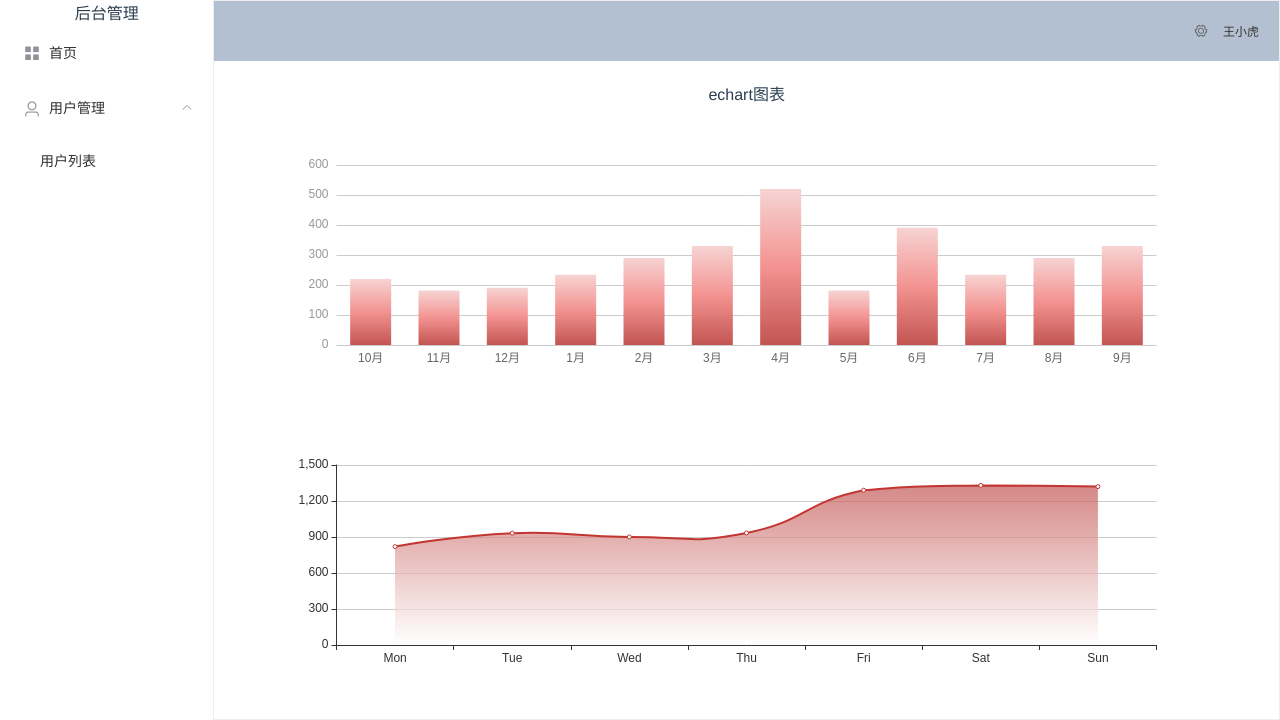
Repository: cmw520520/admin_vue
Page: /#/example/echart
The author's editor kept a copy of each file at every save. The page is drawn from the files as they stood at one save, then again after the next save.
The browser window is 1280 px wide. The pictures show the whole page.
The project was rebuilt for these pictures with package versions that can differ from the ones it lists, and the page was loaded fresh each time. Also part of the build but not shown: src/page/home/Home.vue, src/page/user/UserList.vue.

Above is the page before, as saved 2019-07-01 15:05:34.

### index.html
<!DOCTYPE html>
<html>
  <head>
    <meta charset="utf-8">
    <meta name="viewport" content="width=device-width,initial-scale=1.0">
    <title>cmw</title>
  </head>
  <body>
    <div id="app"></div>
    <!-- built files will be auto injected -->
  </body>
</html>

### src/App.vue
<template>
  <div id="app">
    <!-- <img src="./assets/logo.png"> -->
    <router-view/>
  </div>
</template>

<script>
export default {
  name: 'App'
}
</script>

<style>
#app {
  font-family: 'Avenir', Helvetica, Arial, sans-serif;
  -webkit-font-smoothing: antialiased;
  -moz-osx-font-smoothing: grayscale;
  text-align: center;
  color: #2c3e50;
  width: 100%;
  height: 100%;
  /* margin-top: 60px; */
}

body, html {
  margin: 0;
  padding: 0;
  height: 100%;
  width: 100%;
}
</style>

### src/router/index.js
import Vue from 'vue'
import Router from 'vue-router'
// import HelloWorld from '@/components/HelloWorld'
import Manage from '@/page/Manage'
import Home from '@/page/home/Home'
import UserList from '@/page/user/UserList'
import Echart from '../../example/Echart'

Vue.use(Router)

export default new Router({
  routes: [
    {
      path: '/',
      name: '',
      component: Manage,
      children: [
        {
          path: '',
          component: Home,
          meta: []
        },
        {
          path: '/user/userlist',
          component: UserList,
          meta: []
        },
        {
          path: '/example/echart',
          component: Echart,
          meta: ['图表']
        }
      ]
    }
  ]
})

### src/page/Manage.vue
<template>
  <el-container style="height: 100%;">
    <el-col :span="4" style="background-color: #ffffff;overflow:hidden;">
      <el-col>
        <div class="logo">后台管理</div>
      </el-col>
      <el-col>
        <el-slider></el-slider>
      </el-col>
    </el-col>

    <el-col :span="20" style="border: 1px solid #eee;overflow: auto;overflow-scrolling: touch;">
      <el-header style="text-align: right; font-size: 12px">
        <el-dropdown>
          <i class="el-icon-setting" style="margin-right: 15px"></i>
          <el-dropdown-menu slot="dropdown">
            <el-dropdown-item>查看</el-dropdown-item>
            <el-dropdown-item>新增</el-dropdown-item>
            <el-dropdown-item>删除</el-dropdown-item>
          </el-dropdown-menu>
        </el-dropdown>
        <span>王小虎</span>
      </el-header>

      <el-main>
        <transition name="fade" mode="out-in">
            <router-view></router-view>
        </transition>
      </el-main>
    </el-col>
  </el-container>
</template>

<script>
import slider from '@/components/Slider'

export default {
  name: 'manage',
  components: {
    'el-slider': slider
  }
}
</script>

<style scope>
.el-header {
  background-color: #b3c0d1;
  color: #333;
  line-height: 60px;
}

.el-aside {
  color: #333;
}

.fade-enter-active, .fade-leave-active {
    transition: opacity 0.5s, transform 0.5s;
}

.fade-enter, .fade-leave-to {
    opacity: 0;
}
</style>

### example/Echart.vue
<template>
  <el-row>
    <el-col>echart图表</el-col>
    <el-col>
        <div id="bar" style="height:300px;"></div>
    </el-col>
    <el-col>
        <div id="line" style="height:300px;"></div>
    </el-col>
  </el-row>
</template>

<script>
import echarts from "echarts/lib/echarts";
// 引入柱状图
import "echarts/lib/chart/bar";
// 引入曲线图
import "echarts/lib/chart/line";
import 'echarts/lib/component/tooltip';

// 柱状图 配置参数
const barOption = {
          tooltip : {
            trigger: 'axis',
            axisPointer : {            // 坐标轴指示器，坐标轴触发有效
                type : ''        // 默认为直线，可选为：'line' | 'shadow'
            }
          },
          xAxis: {
            data:  ['10月', '11月', '12月', '1月', '2月', '3月', '4月', '5月', '6月', '7月', '8月', '9月'],
            axisLabel: {
                inside: false,
                textStyle: {
                    color: '#666666'
                }
            },
            axisTick: {
                show: false
            },
            axisLine: {
                show: false
            },
            z: 10
            },
          yAxis: {
            axisLine: {
                show: false
            },
            axisTick: {
                show: false
            },
            axisLabel: {
                textStyle: {
                    color: '#999'
                }
            }
          },
          dataZoom: [
            {
                type: 'inside'
            }
          ],
          series: [
            { // For shadow
                type: 'bar',
                itemStyle: {
                    normal: {color: 'rgba(0,0,0,0.05)'}
                },
                barGap:'-100%',
                barCategoryGap:'40%',
                data: [],
                animation: false
            },
            {
                type: 'bar',
                itemStyle: {
                    normal: {
                        color: new echarts.graphic.LinearGradient(
                            0, 0, 0, 1,
                            [
                                {offset: 0, color: '#f6d4d3'},
                                {offset: 0.5, color: '#f39391'},
                                {offset: 1, color: '#C25552'}
                            ]
                        )
                    },
                    emphasis: {
                        color: new echarts.graphic.LinearGradient(
                            0, 0, 0, 1,
                            [
                                {offset: 1, color: '#f6d4d3'},
                                {offset: 0.5, color: '#f39391'},
                                {offset: 0, color: '#C25552'}
                            ]
                        )
                    }
                },
                data: [220, 182, 191, 234, 290, 330, 520, 182, 391, 234, 290, 330]
            }
          ]
        }

// 曲线图 配置参数
const lineOotion = {
    xAxis: {
        type: 'category',
        data: ['Mon', 'Tue', 'Wed', 'Thu', 'Fri', 'Sat', 'Sun']
    },
    yAxis: {
        type: 'value'
    },
    series: [{
        data: [820, 932, 901, 934, 1290, 1330, 1320],
        type: 'line',
        smooth: true,
        areaStyle: {
            normal: {
                color: new echarts.graphic.LinearGradient(0, 0, 0, 1, [{
                    offset: 0,
                    color: '#C25552'
                }, {
                    offset: 1,
                    color: '#fff'
                }])
            }
        }
    }],
    tooltip : {
        trigger: 'axis',
        axisPointer : {            // 坐标轴指示器，坐标轴触发有效
            type : 'line'        // 默认为直线，可选为：'line' | 'shadow'
        }
    },
};

export default {
  name: "echart",
  data() {
    return {
      // 柱状图
      chartBar: null,
      // 曲线图
      chartLine: null
    }
  },
  mounted() {
    // 初始化图表
    this.chartInit();
  },
  methods: {
    // 初始化图表
    chartInit () {
      // 柱状图
      this.chartBar = echarts.init(document.getElementById("bar"));
      this.chartBar.setOption(barOption);

      // 曲线图
      this.chartLine = echarts.init(document.getElementById('line'));
      this.chartLine.setOption(lineOotion);
    }
  }
}
</script>

<style>
</style>

### src/components/Slider.vue
<template>
  <el-menu :default-openeds="['1', '3']" style="border:none;text-align:left;" router>
    <label v-for="(item, index) in navMenu" :key="index">
      <el-menu-item v-if="item.isHeader" :index="item.component">
        <i :class=item.icon></i>
        <span slot="title">{{ item.name }}</span>
      </el-menu-item>

      <el-submenu v-else :index="String(index)">
        <template slot="title">
          <i :class=item.icon></i>{{ item.name }}
        </template>
        <el-menu-item v-for="(item2, index2) in item.children" :key="index2" :index="item2.component">{{ item2.name }}</el-menu-item>
      </el-submenu>
    </label>
  </el-menu>
</template>

<script>
export default {
  name: 'slider',
  data () {
    return {
      navMenu: [
        {
          isHeader: true,
          name: '首页',
          icon: 'el-icon-menu',
          component: '/'
        },
        {
          name: '用户管理',
          icon: 'el-icon-user',
          children: [
            {
              name: '用户列表',
              component: '/user/userlist'
            }
          ]
        }
      ]
    }
  }
}
</script>

<style>
</style>

Loaded but not shown: src/main.js (common file)

After the next save:
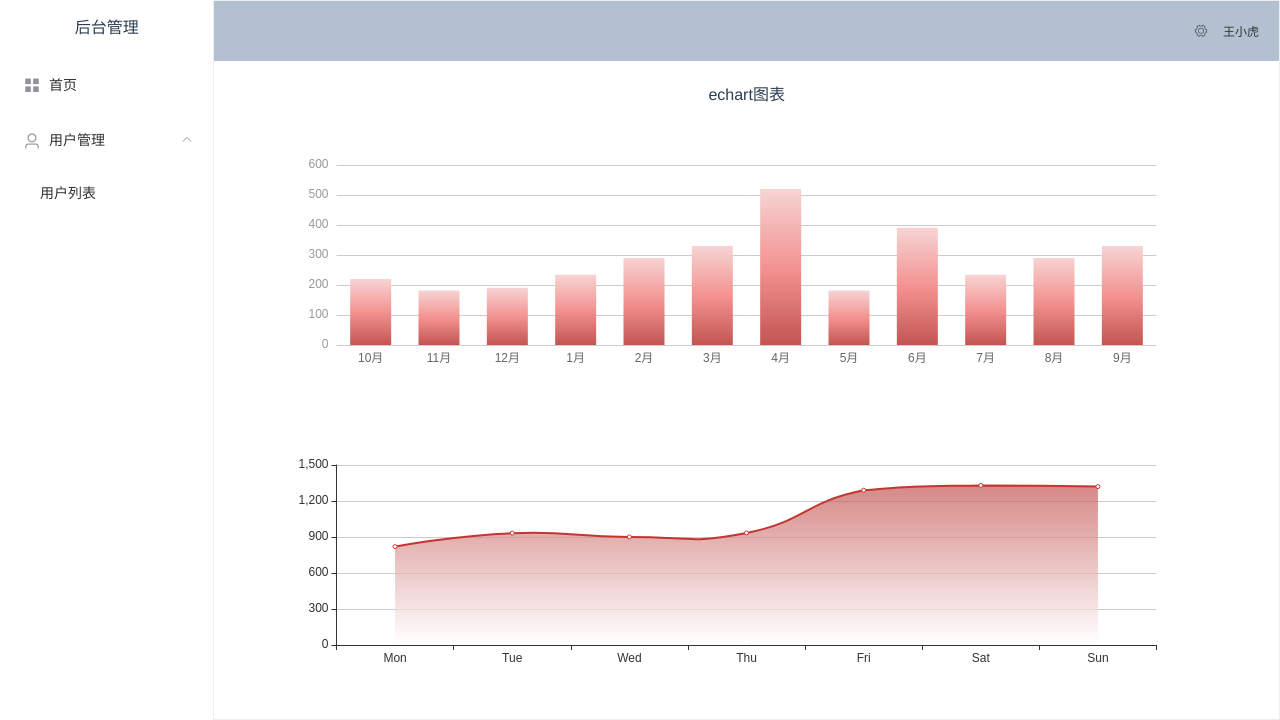
Saved 64 s later.
--- a/src/page/Manage.vue
+++ b/src/page/Manage.vue
@@ -60,4 +60,11 @@ export default {
 .fade-enter, .fade-leave-to {
     opacity: 0;
 }
+
+/* 导航logo S */
+.logo {
+    height: 56px;
+    line-height: 56px;
+}
+/* 导航logo E */
 </style>
